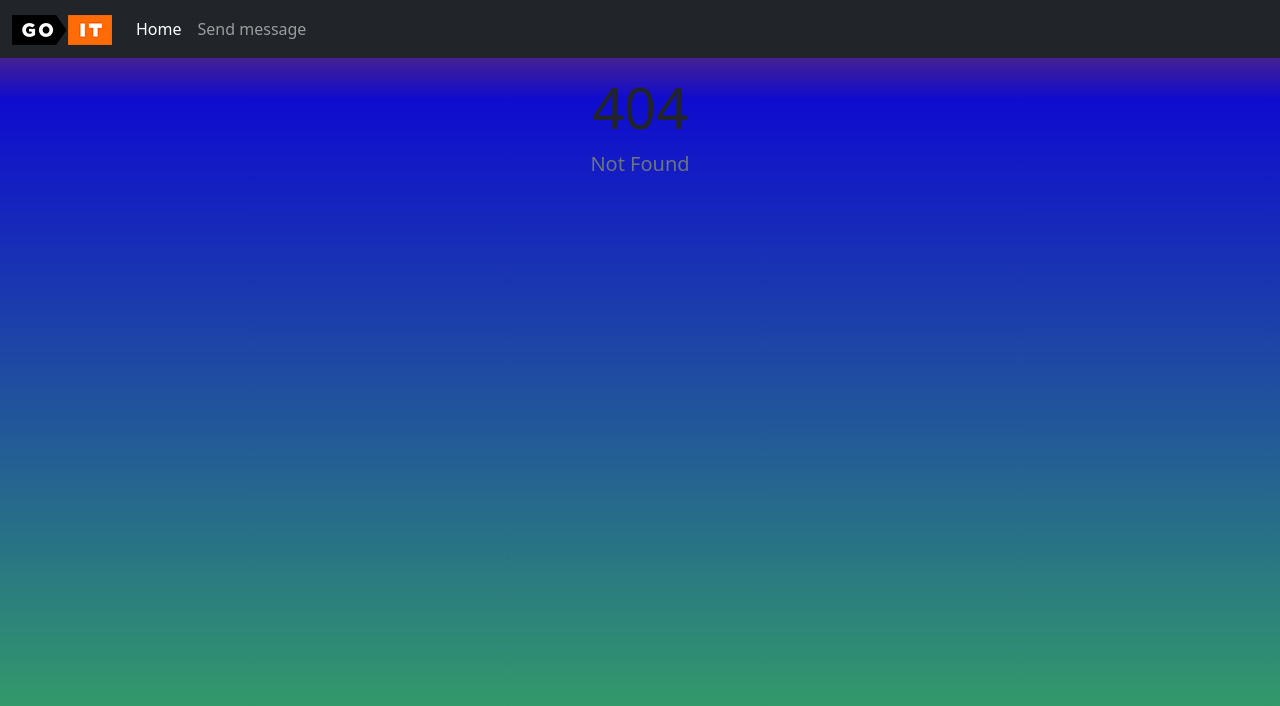
Repository: Nton118/HW_4
Page: error.html
These files come from the project's save history. The page is drawn as it stood at one moment and after the next save; the edit follows.
The browser window is 1280 px wide. The pictures show the whole page.

Above is the page before, as saved 2023-06-03 15:00:53.

### error.html
<!DOCTYPE html>
<html lang="en">

<head>
  <meta charset="UTF-8" />
  <meta http-equiv="X-UA-Compatible" content="IE=edge" />
  <meta name="viewport" content="width=device-width, initial-scale=1.0" />
  <title>Document</title>
  <!-- CSS only -->
  <link href="https://cdn.jsdelivr.net/npm/bootstrap@5.2.2/dist/css/bootstrap.min.css" rel="stylesheet"
    integrity="sha384-Zenh87qX5JnK2Jl0vWa8Ck2rdkQ2Bzep5IDxbcnCeuOxjzrPF/et3URy9Bv1WTRi" crossorigin="anonymous" />
  <link rel="stylesheet" href="/style.css" />
</head>

<body>
  <header>
    <nav class="navbar navbar-expand navbar-dark bg-dark" aria-label="Second navbar example">
      <div class="container-fluid">
        <a class="navbar-brand" href="#">
          <img src="/logo.png" alt="logo" />
        </a>
        <div class="collapse navbar-collapse" id="navbarsExample02">
          <ul class="navbar-nav me-auto">
            <li class="nav-item">
              <a class="nav-link active" aria-current="page" href="/">Home</a>
            </li>
            <li class="nav-item">
              <a class="nav-link" href="/message">Send message</a>
            </li>
          </ul>
        </div>
      </div>
    </nav>

    <div class="p-3 pb-md-4 mx-auto text-center">
      <h1 class="display-4 fw-normal">404</h1>
      <p class="fs-5 text-muted">
        Not Found
      </p>
    </div>
  </header>

</body>

</html>

### style.css
html {
  display: flex;
  flex-direction: column;
  height: 100%;
}

body {
  flex: 1;
  background-image: linear-gradient(180deg, #903d3d, #0f0ccf 100px, #339c68);
}

.container {
  max-width: 960px;
}

textarea {
  height: 250px;
}

After the next save:
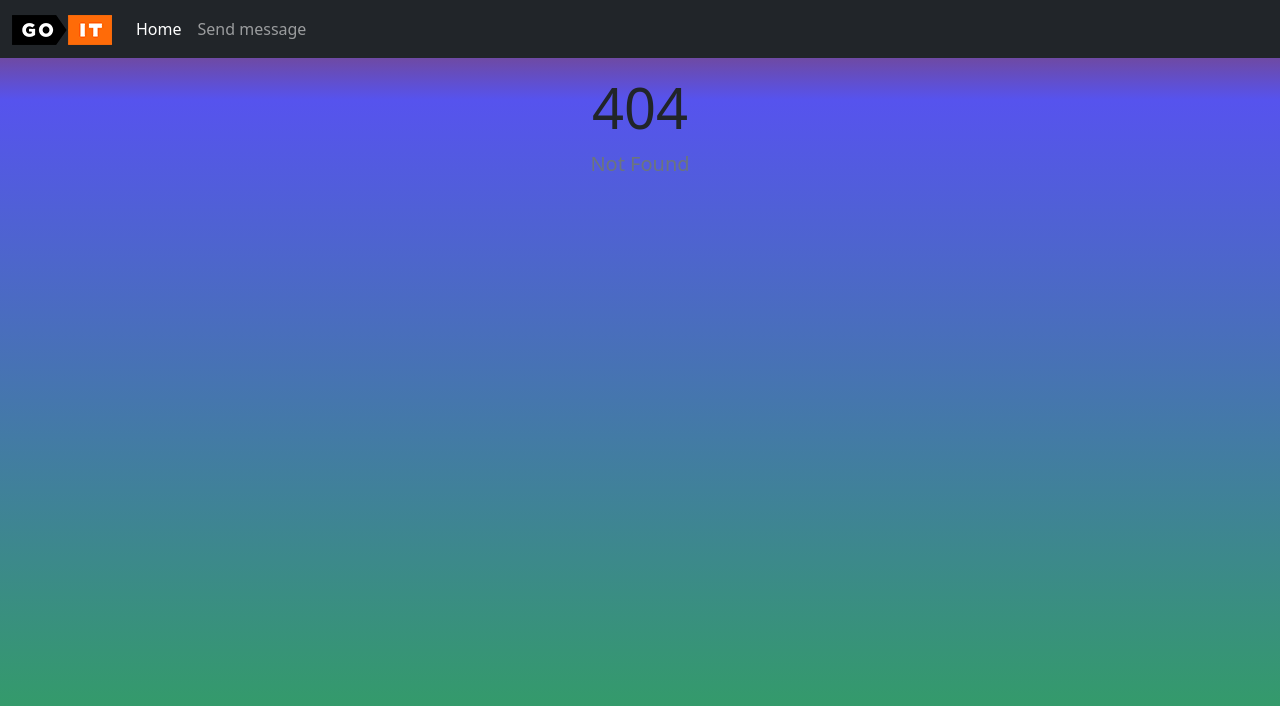
Saved 29 s later.
--- a/style.css
+++ b/style.css
@@ -6,7 +6,7 @@
 
 body {
   flex: 1;
-  background-image: linear-gradient(180deg, #903d3d, #0f0ccf 100px, #339c68);
+  background-image: linear-gradient(180deg, #903d3d, #5653ee 100px, #339c68);
 }
 
 .container {
